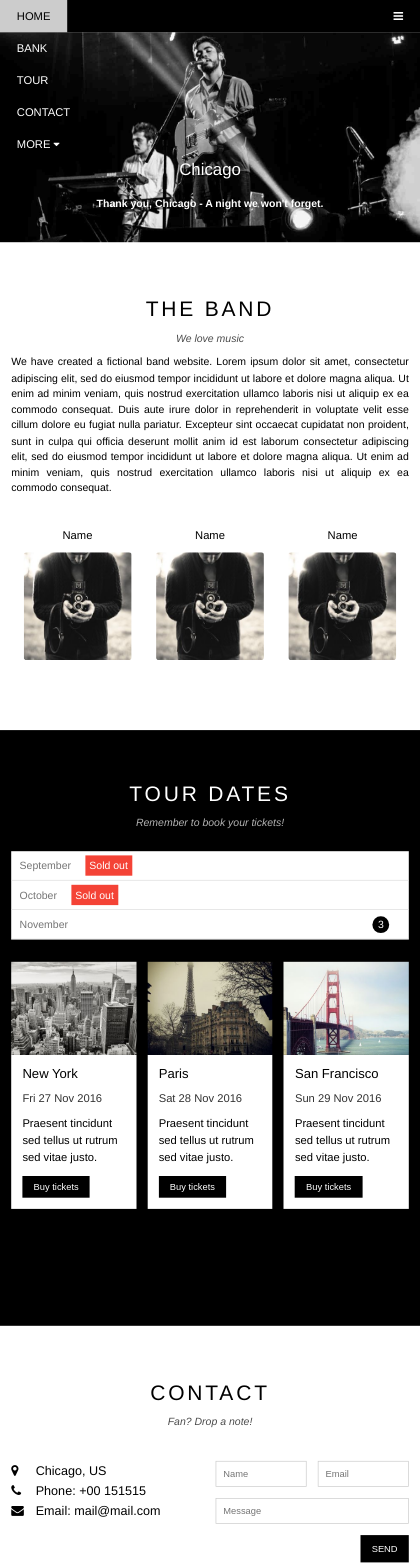
Repository: vuongtm1999/TheBand_W3School
Page: index.html
These files come from the project's save history. The page is drawn as it stood at one moment and after the next save; the edit follows.
The browser window is 600 px wide. The pictures show the part of the page from y = 0 to 2240 px (the page is 2836 px tall), at 70% of full size.

Above is the page before, as saved 2022-08-30 15:30:08.

### index.html
<!DOCTYPE html>
<html lang="en">
<head>
    <meta charset="UTF-8">
    <meta http-equiv="X-UA-Compatible" content="IE=edge">
    <meta name="viewport" content="width=device-width, initial-scale=1.0">
    <title>The band</title>
    <link rel="stylesheet" href="./assets/css/style.css">
    <link rel="stylesheet" href="./assets/css/responsive.css">
    <link rel="stylesheet" href="https://cdnjs.cloudflare.com/ajax/libs/font-awesome/4.7.0/css/font-awesome.min.css">
    <link rel="icon" href="assets/img/place/paris.jpg" type="image/x-icon">
</head>
<body>
        <div id="header">
            <!-- begin: nav -->
            <ul id="nav">
                <li><a href="#">Home</a></li>
                <li><a href="#band">Bank</a></li>
                <li><a href="#tour">Tour</a></li>
                <li><a href="#contact">Contact</a></li>
                <li>
                    <a href="#">More <i style="font-size: 15px;" class="fa fa-caret-down"></i></a>
                    <ul class="subnav">
                        <li><a href="#">Merchandise</a></li>
                        <li><a href="#">Extras</a></li>
                        <li><a href="#">Media</a></li>
                    </ul>
                </li>
            </ul>
            <!-- end: nav -->

            <!-- begin: search button -->
            <div class="search-button">
                <i class="fa fa-search"></i>
            </div>
            <!-- end: search button -->

            <div class="mobile-menu-btn">
                <i class="fa fa-bars" aria-hidden="true"></i>
            </div>
        </div>



        <div id="content">

            <div id="slider">
                <div class="text-content">
                    <div class="container">
                        <h3 class=text-heading>
                            Chicago
                        </h3>
                        <div class="text-description">
                            Thank you, Chicago - A night we won't forget.
                        </div>
                    </div>
                </div>
            </div>

            <!-- about section -->
            <div id="band" class="content-section">
                <h2 class="section-heading">THE BAND</h2>
                <p class="section-sub-heading">We love music</p>
                <p class="section-about-text">We have created a fictional band website. Lorem ipsum dolor sit amet, consectetur adipiscing elit, sed do eiusmod tempor incididunt ut labore et dolore magna aliqua. Ut enim ad minim veniam, quis nostrud exercitation ullamco laboris nisi ut aliquip ex ea commodo consequat. Duis aute irure dolor in reprehenderit in voluptate velit esse cillum dolore eu fugiat nulla pariatur. Excepteur sint occaecat cupidatat non proident, sunt in culpa qui officia deserunt mollit anim id est laborum consectetur adipiscing elit, sed do eiusmod tempor incididunt ut labore et dolore magna aliqua. Ut enim ad minim veniam, quis nostrud exercitation ullamco laboris nisi ut aliquip ex ea commodo consequat.</p>

                <div class="member-list">

                    <div class="col col-third">
                        <p class="member-name">Name</p>
                        <img class="member-image" src="assets/img/bandmember.jpg" alt="member">
                    </div>

                    <div class="col col-third">
                        <p class="member-name">Name</p>
                        <img class="member-image" src="assets/img/bandmember.jpg" alt="member">
                    </div>

                    <div class="col col-third">
                        <p class="member-name">Name</p>
                        <img class="member-image" src="assets/img/bandmember.jpg" alt="member">
                    </div>

                    <div class="clearFloat"></div>
                </div>
            </div>

            <!-- TOUR DATES section -->
            <div id="tour" class="tour-section">
                <div class="content-section">
                    <h2 class="section-heading">TOUR DATES</h2>
                    <p class="section-sub-heading">Remember to book your tickets!</p>

                    <br>

                    <ul class="ticket-list">
                        <li>September <span class="soldout">Sold out</span></li>
                        <li>October <span class="soldout">Sold out</span></li>
                        <li>November <span class="quantity">3</span></li>
                    </ul>

                    <div class="row place-ticket">

                        <div class="col col-third">
                            <img src="assets/img/place/newyork.jpg" alt="img-ticket" class="place-img">
                            <div class="place-body">
                                <h3 class="place-city">New York</h3>
                                <p class="place-time">Fri 27 Nov 2016</p>
                                <p class="place-description">Praesent tincidunt sed tellus ut rutrum sed vitae justo.</p>
                                <button class="place-buy-tickets btn-common js-buy-ticket">Buy tickets</button>
                            </div>
                        </div>

                        <div class="col col-third">
                            <img src="assets/img/place/paris.jpg" alt="img-ticket" class="place-img">
                            <div class="place-body">
                                <h3 class="place-city">Paris</h3>
                                <p class="place-time">Sat 28 Nov 2016</p>
                                <p class="place-description">Praesent tincidunt sed tellus ut rutrum sed vitae justo.</p>
                                <button class="place-buy-tickets btn-common js-buy-ticket">Buy tickets</button>
                            </div>
                        </div>

                        <div class="col col-third">
                            <img src="assets/img/place/sanfran.jpg" alt="img-ticket" class="place-img">
                            <div class="place-body">
                                <h3 class="place-city">San Francisco</h3>
                                <p class="place-time">Sun 29 Nov 2016</p>
                                <p class="place-description">Praesent tincidunt sed tellus ut rutrum sed vitae justo.</p>
                                <button class="place-buy-tickets btn-common js-buy-ticket">Buy tickets</button>
                            </div>
                        </div>

                        <div class="clearFloat"></div>
                    </div>
                </div>
            </div>



            <!-- CONTACT section -->
            <div id="contact" class="content-section">
                <h2 class="section-heading">CONTACT</h2>
                <p class="section-sub-heading">Fan? Drop a note!</p>

                <div class="row contact-items">
                    <div class="col col-half contact-info">
                        <p><i class="fa fa-map-marker" aria-hidden="true"></i>   Chicago, US</p>
                        <p><i class="fa fa-phone" aria-hidden="true"></i> Phone: +00 151515</p>
                        <p><i class="fa fa-envelope" aria-hidden="true"></i>  Email: mail@mail.com</p>
                    </div>
                    <div class="col col-half contact-form">
                        <form action="">
                        <div class="row">
                            <div class="col col-half">
                                <input type="text" required placeholder="Name" class="p-10 btn-contact contact-input-name">
                            </div>
                            <div class="col col-half">
                                <input type="email" required placeholder="Email" class="p-10 btn-contact contact-input-email">
                            </div>
                        </div>
                        <div class="row">
                            <div class="col col-full">
                                <input type="text" required placeholder="Message" class="p-10 btn-contact contact-input-message">
                            </div>
                        </div>

                        <input type="submit" class="contact-btn-send btn-common" value="SEND"></input>
                    </div>
                    </form>
                </div>
            </div>
            <!-- End: contact section -->

            <!-- Map section -->
            <div class="map-section">
                <img src="assets/img/map.jpg" alt="map-img" class="place-img">
            </div>

        </div>

        <!-- Modal dialog -->
        <div class="modal js-modal">
            <div class="modal-container js-modal-container">
                <i class="fa fa-times close-icon js-close-icon" aria-hidden="true"></i>
                <header class="modal-header">
                    <i class="fa fa-suitcase mr-5"></i>
                     Tickets
                </header>
                <div class="modal-body">
                    <label for="quantity-sticket" class="modal-label">
                        <i class="fa fa-shopping-cart" aria-hidden="true"></i>
                        Tickets, $15 per person
                    </label>
                    <input type="text" id="quantity-sticket" class="quantity-sticketet" placeholder="How many?">

                    <label for="send-to-sticket" class="modal-label">
                        <i class="fa fa-user" aria-hidden="true"></i>
                        Send to
                    </label>
                    <input type="text" id="send-to-sticket" class="send-to-sticket" placeholder="Enter email" class=placeholder="Enter email">

                    <button id="btn-pay" class="btn-pay">PAY <i class="fa fa-check" aria-hidden="true"></i></button>
                </div>

                <div class="modal-footer">
                    <button class="btn-close js-close-btn">Close <i class="fa fa-times" aria-hidden="true"></i></button>

                    <div class="modal-text-help">Need <a href="#" id="btn-help">help?</a></div>
                </div>
            </div>
        </div>

        <div class="footer">
            <div class="icon-info">
                <i class="fa fa-facebook-official" aria-hidden="true"></i>
                <i class="fa fa-instagram" aria-hidden="true"></i>
                <i class="fa fa-snapchat" aria-hidden="true"></i>
                <i class="fa fa-pinterest-p" aria-hidden="true"></i>
                <i class="fa fa-twitter" aria-hidden="true"></i>
                <i class="fa fa-linkedin" aria-hidden="true"></i>
            </div>
            <div class="powered">
                <p>Powered by <a href=""></a>w3.css</p>
            </div>
        </div>
    </div>
    <script>
        const buyBtns = document.querySelectorAll('.js-buy-ticket');
        const modal = document.querySelector('.js-modal');
        const closeBtn = document.querySelector('.js-close-btn');
        const closeIcon = document.querySelector('.js-close-icon');
        const modalContainer = document.querySelector('.js-modal-container');

        function showTicketDialog(){
            modal.classList.add('modal-open')
        }

        function hideTicketDialog(){
            modal.classList.remove('modal-open')
        }

        for(const buyBtn of buyBtns){
            buyBtn.addEventListener('click', showTicketDialog);
        }

        closeBtn.addEventListener('click', hideTicketDialog);
        closeIcon.addEventListener('click', hideTicketDialog);

        //Dong khi click ra ngoai modal
        modal.addEventListener('click', hideTicketDialog);
        modalContainer.addEventListener('click', function(even) {
            even.stopPropagation()
        });

        // buyBtns.forEach(function (buyBtn) {
        //     buyBtn.addEventListener('click', showTicketDialog())
        // })

        // Dong mo menu (mobile)
        var menu = document.getElementById("header")
        var menuBtn = document.querySelector(".mobile-menu-btn")
        var menuHeight = menu.clientHeight

        menuBtn.onclick = function(e){
            if(this.clientHeight === menuHeight){
                menu.style.height = 'auto'
                menuHeight = menu.clientHeight
            }else{
                menu.style.height = null
                menuHeight = menu.clientHeight
            }
        }

        //Tu dong dong khi chon menu
        var menuItems =  document.querySelectorAll("#header > ul a[href*='#']")
        for(let i =0;i<menuItems.length;i++){
            menuItem = menuItems[i]



            menuItem.onclick = function(e){
                var isParentMenu = this.nextElementSibling &&
                        this.nextElementSibling.classList.contains("subnav")

                if(isParentMenu){
                    e.preventDefault()
                }else{
                    menu.style.height = null
                    menuHeight = menu.clientHeight
                }
            }
        }

        console.log()
    </script>
</body>
</html>

### assets/css/style.css
/* reset CSS */
* {
    margin: 0;
    padding: 0;
    box-sizing: border-box;
}

html {
    scroll-behavior: smooth;
    font-family: Helvetica, Arial, sans-serif;
}

#nav, .subnav, li{
    list-style-type: none;
}

#nav{
    display: inline-block;
}

/* Common */
.clearFloat{
    /* Khac phuc khi dung float :left */
    clear: both;
}

.btn-common{
    color: white;
    background-color: #000;
    border: none;
}

.btn-common:hover{
    background-color: #ccc;
    color: #000;
}

.row{
    margin-left: -8px;
    margin-right: -8px;
}

.col{
    float: left;
    padding-left: 8px;
    padding-right: 8px;
}

.col::after{
    content: "";
    display: block;
    clear: both;
}

.col-full{
    width: 100%;
}

.col-half{
    width: 50%;
}

.col-third{
    width: 33.3333%;
}

.text-center{
    text-align: center;
}

.p-8{
    padding: 8px;
}

.mb-8{
    margin-bottom: 8px;
}

.p-10{
    padding: 10px;
}

.mr-8{
    margin-right: 8px;
}

/*
Nguyen tac lam viec
1. Vi tri
2. Kich thuoc
3. Mau sac
4. Kieu dang (kieu chu, hinh tron hay hinh vuong,...)
*/

/*
Tu ngoai vao trong
Tu tren xuong duoi
TU tong quan den chi tiet
 */

#main {}

#header {
    position: fixed;
    z-index: 1;
    height: 46px;
    background-color: #000;
    color: #fff;
    top: 0;
    left: 0;
    right: 0;
    /* overflow: hidden; */
}

#nav li {
    text-decoration: none;
    line-height: 46px;
}

/* The a */
a{
    text-decoration: none;
}

#nav > li > a {
    /* display: inline-block; */
    padding: 0px 24px;
    color: #ffffff;
    text-transform: uppercase;
}

#nav > li {
    display: inline-block;
}

#nav li:last-child {
    position: relative;
}

#nav .subnav {
    background-color: #fff;
    position: absolute;
    display: none;
    top: 100%;
    left: 0;
    box-shadow:  0px 0px 10px rgba(0, 0, 0, 0.3);
    min-width: 160px;
}

#nav .subnav a{
    color: #000;
    padding: 0px 12px;
    line-height: 30px;
    display: inline-block;
    width: 100%;
}

#nav .subnav li:hover,
#nav > li:hover > a {
    color: #000;
    background-color: #ccc;
    display: block;
}

#nav > li:last-child:hover .subnav{
    display: block;
}

/* search btn */
#header .search-button{
    float: right;
    line-height: 46px;
    padding: 0 24px;
    user-select: none;
}

#header .mobile-menu-btn{
    float: right;
    line-height: 46px;
    padding: 0 24px;
    user-select: none;
    position: absolute;
    right: 0;
    top: 0;
}


#header .search-button:hover{
    background-color: #f44336;
}

#header .mobile-menu-btn:hover{
    background-color: #ccc;
    color: #000;
}

#slider {
    /* background-color: rgb(27, 22, 22); */
    margin-top: 46px;
/* padding-top bang 50% chieu rong cua thanh phan do */
    padding-top: 50%;
    position: relative;
    background: url("/assets/img/chicago.jpg") top center / cover no-repeat;
}

#slider .text-content{
    position: absolute;
    color: white;
    bottom: 48px;

    /* cach 1 */
    /* left: 50%;
    transform: translateX(-50%); */
    /* cach 2 */
    /* left: 0;
    right: 0; */
    /* cach 3 */
    width: 100%;
    text-align: center;
}

.text-heading{
    font-size: 24px;
    font-weight: 400;
}

.text-description{
    margin-top: 25px;
    font-weight: bolder;
    font-size: 15px;
}

#content{
    /* max-width: 100%; */
}

#content .content-section{
    width: 800px;
    max-width: 100%;
    padding: 64px;
    padding-left: 16px;
    padding-right: 16px;
    margin-left: auto;
    margin-right: auto;
}

.content-section .section-heading,
.content-section .section-about-text{
    margin: 15px 0px;
}

.content-section .section-heading,
.content-section .section-sub-heading{
    text-align: center;
}

.content-section .section-sub-heading{
    font-size: 15px;
    opacity: 0.7;
    font-style: italic;
}

.content-section .section-heading{
    font-size: 30px;
    font-weight: 500;
    letter-spacing: 4px;
}

.content-section .section-about-text{
    /* line-height khong co px */
    line-height: 1.5;
    font-size: 15px;
    text-align: justify;
}

.content-section .member-list{
    margin: 32px 0;
    text-align: center;
    /* Khac phuc khi dung float :left */
    /* overflow: hidden; */
}

.content-section .member-name{
    margin: 15px 0;
}

.content-section .member-image{
    width: 154px;
    border-radius: 4px;
}

/* Tour section */
.tour-section{
    background-color: #000;
    min-height: 851px;
}

/*  begin: tour section */
.tour-section .section-heading,
.tour-section .section-sub-heading{
    color: white !important;
}

.tour-section .section-heading{
    margin: 10px 0;
}

.tour-section .section-sub-heading{
    margin: 15px 0;
}

.ticket-list{
    background-color: white;
}

.ticket-list > li{
    font-size: 15px;
    padding: 12px;
    border-bottom: 1px solid #ddd;
    color: #757575;
}

.soldout{
    background-color: #f44336;
    padding: 6px;
    margin-left: 16px;
    color: #fff;
}

.quantity{
    float: right;
    margin-right: 16px;
    background-color: #000;
    width: 24px;
    height: 24px;
    border-radius: 50%;
    color: white;
    text-align: center;
    line-height: 24px;
    margin-top: -3px;
}

/* place-ticket */
.place-ticket{
    /* margin-top: 32px; */
    padding-top: 32px;
}

.place-item{
    float: left;
    width: 33.3333%;
    padding: 0 8px;
}

.place-img{
    width: 100%;
    display: block;
}

.place-img:hover{
    opacity: 0.7;
}

.place-body{
    background-color: white;
    color: rgb(1, 1, 1);
    padding: 16px;
}

.place-city{
    font-weight: 550;
}

.place-time{
    opacity: 0.8;
    margin: 15px 0;
}

.place-description{
    margin: 15px 0;
    line-height: 1.5;
}

.place-buy-tickets{
    padding: 8px 16px;
    display: inline-block;
}

/* modal dialog */
.modal{
    position: fixed;
    background-color: rgba(0, 0, 0, 0.3);
    top: 0;
    left: 0;
    right: 0;
    bottom: 0;

    /* display: flex; */
    align-items: center;
    justify-content: center;

    display: none;
}

.modal-open{
    display: flex !important;
}

.modal-container{
    background-color: #fff;
    width: 900px;
    min-height: 473px;
    position: relative;

    /* reponsive */
    max-width: calc(100% - 32px);
}

.modal-header {
    height: 129px;
    background-color: #009688;
    display: flex;
    align-items: center;
    justify-content: center;
    letter-spacing: 4px;
    font-weight: 400;
    font-size: 30px;
    color: #fff;
}

.mr-5{
    margin-right: 16px;
}
.close-icon{
    position: absolute;
    top: 0;
    right: 0;
    padding: 12px;
    color: #fff;
}

.close-icon:hover{
    background-color: #ccc;
    color: #000
}

.modal-body {
    padding: 0 16px;
}

.modal-label{
    display: block;
    margin: 18px 0 8px 0;
}

.quantity-sticketet,
.send-to-sticket{
    border: 1px solid #ccc;
    padding: 8px;
    font-size: 15px;
    width: 100%;
}

.btn-pay{
    margin: 16px 0;
    width: 100%;
    background-color: #009688;
    padding: 18px;
    color: #fff;
    border: none;
    font-size: 15px;
    text-transform: uppercase;
}

.btn-pay:hover{
    background-color: #ccc;
    color: #000;
    cursor: pointer;
}

.modal-footer{
    padding: 0 18px;
    margin: 16px 0;
}

.modal-text-help{
    float: right;
}

.btn-close{
    padding: 12px 16px;
    font-size: 15px;
    color: #fff;
    background-color: #f44336;
    border: none;
}

.btn-close:hover{
    cursor: pointer;
    background-color: #ccc;
    color: #000;
}

#btn-help{
    text-decoration: underline !important;
    color: #2196F3;
}

.contact-items{
    margin-top: 48px;
}

.contact-info i[class*="fa"]{
    width: 30px;
}

.contact-info {
    line-height: 1.6;
    font-size: 18px;
}

.contact-form{
    font-size: 15px;
}

.row::after{
    content: "";
    display: block;
    clear: both;
}

.contact-input-message{
    margin: 16px 0;
}

.btn-contact{
    border: 1px solid #ccc;

    width: 100%;
}

.contact-btn-send{
    padding: 12px 16px;
    float: right;
}

.footer{
    padding: 64px 0;
    text-align: center;
    color: #000;
    opacity: 0.6;
    font-size: 24px;
}

.powered{
    margin: 15px 0;
    font-size: 15px;
}

.footer .icon-info i:hover{
    opacity: 0.3;
}




#container {
    /* height: 500px;
    background-color: #ccc; */
}

### assets/css/responsive.css

/* PC */
@media (min-width:1024px) {
    #header .mobile-menu-btn{
        display: none !important;
    }
}

/* Tablet */
@media (min-width:740px) and (max-width:1024px) {
    #header .mobile-menu-btn{
        display: none !important;
    }
}

/* Mobile */
@media (max-width:740px) {
    #nav{
        display: block !important;
    }

    /* #header{
        width: 414px;
    } */

    #nav > li{
        display: block !important;
    }

    #nav > li:first-child{
        display: inline-block !important;
    }

    #header .search-button{
        display: none !important;
    }
}

After the next save:
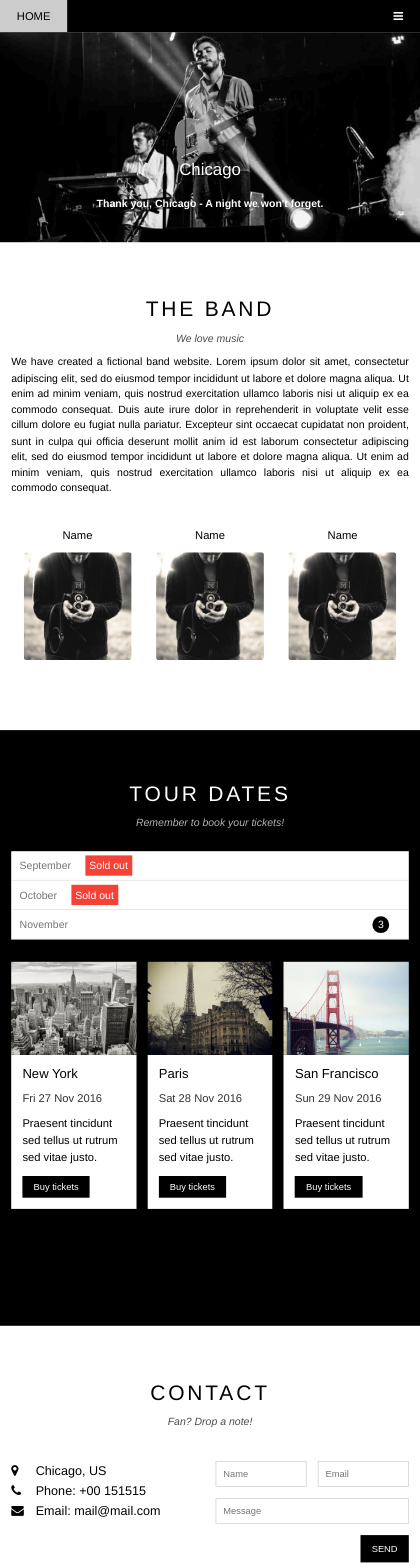
Saved 13 s later.
--- a/assets/css/responsive.css
+++ b/assets/css/responsive.css
@@ -19,9 +19,9 @@
         display: block !important;
     }
 
-    /* #header{
-        width: 414px;
-    } */
+    #header{
+        overflow: hidden !important;
+    }
 
     #nav > li{
         display: block !important;
